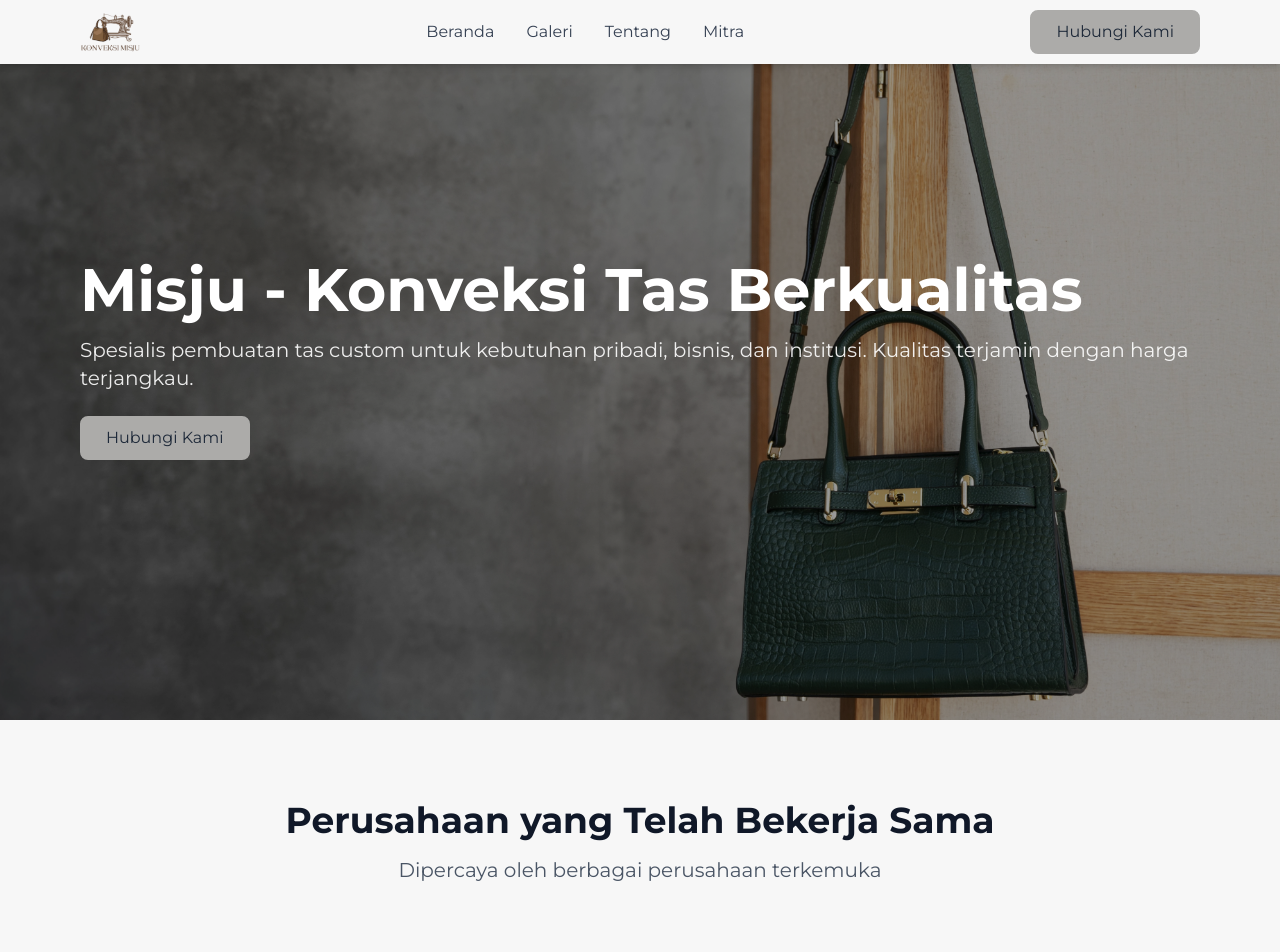
Repository: faridfirdaus-fred/konveksi_misju
Page: /
These files come from the project's save history. The page is drawn as it stood at one moment and after a run of saves; the edit follows.
The browser window is 1280 px wide. The pictures show the part of the page from y = 0 to 952 px (the page is 3420 px tall).
The project was rebuilt for these pictures with package versions that can differ from the ones it lists, and the page was loaded fresh each time. Also part of the build but not shown: vite.config.js.

Above is the page before, as saved 2026-01-10 15:09:44.

After the next 4 saves:
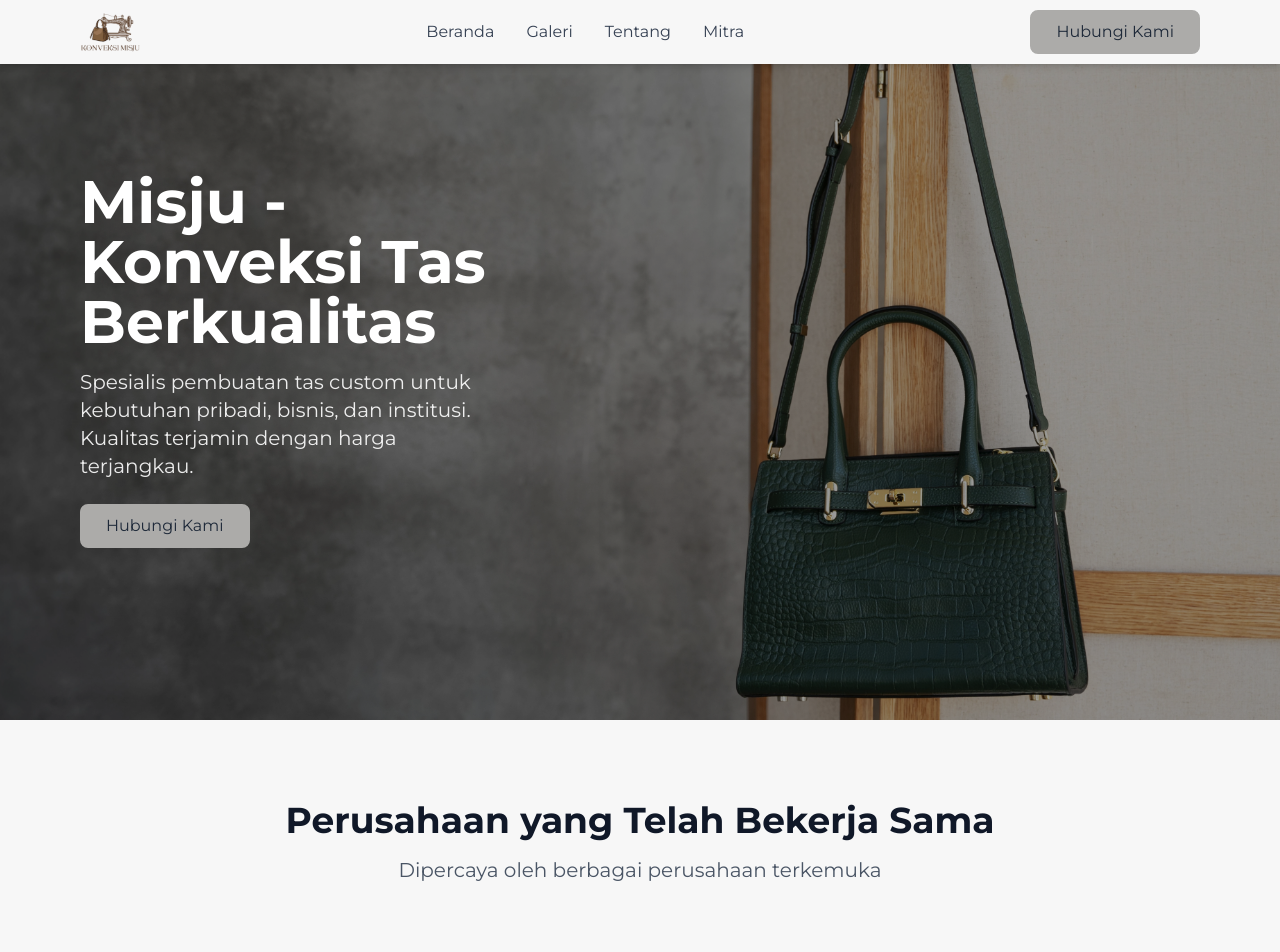
The 4 saves are shown as one change because they came seconds apart.
The last was saved 17 s later.
--- a/src/components/Hero.jsx
+++ b/src/components/Hero.jsx
@@ -14,7 +14,7 @@
       <div className="absolute inset-0 bg-black/40"></div>
 
       {/* Content */}
-      <div className="relative z-10 px-4 md:px-20">
+      <div className="relative z-10 max-w-xl px-4 md:px-20">
         <div className="w-full">
           <h1 className="text-3xl md:text-6xl font-bold text-white mb-4">
             Misju - Konveksi Tas Berkualitas
